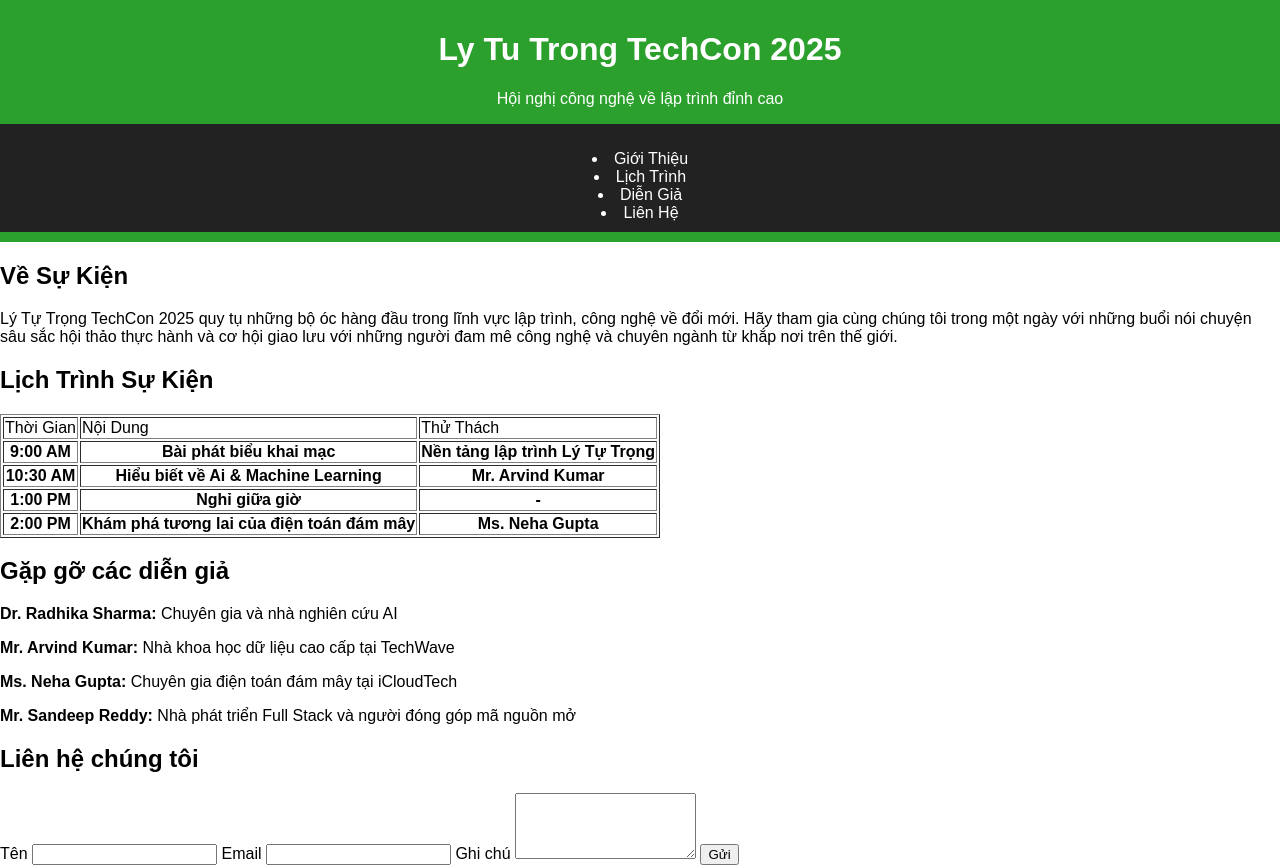
Repository: NhatMinh121/BaiTapVeNha1
Page: index.html
An editor plug-in stored every save of this project. The page is shown before and after a run of saves, followed by the edit.
The browser window is 1280 px wide. The pictures show the whole page.

Above is the page before, as saved 2025-03-28 22:47:08.

### index.html
<!DOCTYPE html>
<html lang="en">

<head>
    <meta charset="UTF-8">
    <meta name="viewport" content="width=device-width, initial-scale=1.0">
    <title>Lý Tự Trọng TechCon 2025</title>
    <link rel="stylesheet" href="style.css">
</head>

<body>
    <header>
        <h1>Ly Tu Trong TechCon 2025</h1>
        <p>Hội nghị công nghệ về lập trình đỉnh cao</p>
        <div class="menu">
            <nav>
                <ul>

                </ul>
                <li>Giới Thiệu</li>
                <li>Lịch Trình</li>
                <li>Diễn Giả</li>
                <li>Liên Hệ</li>
            </nav>
        </div>

    </header>
    <main>
        <div class="main-event">
            <h2>Về Sự Kiện</h2>
            <p>Lý Tự Trọng TechCon 2025 quy tụ những bộ óc hàng đầu trong lĩnh vực lập trình, công nghệ về đổi mới. Hãy tham gia cùng chúng tôi trong một ngày với những buổi nói chuyện sâu sắc hội thảo thực hành và cơ hội giao lưu với những người đam mê
                công nghệ và chuyên ngành từ khắp nơi trên thế giới.</p>
        </div>
        <div class="main-schedule">
            <h2>Lịch Trình Sự Kiện</h2>
            <table border="1">
                <tr>
                    <td>Thời Gian</td>
                    <td>Nội Dung</td>
                    <td>Thử Thách</td>
                </tr>
                <tr>
                    <th>9:00 AM</th>
                    <th>Bài phát biểu khai mạc</th>
                    <th>Nền tảng lập trình Lý Tự Trọng</th>
                </tr>
                <tr>
                    <th>10:30 AM</th>
                    <th>Hiểu biết về Ai & Machine Learning</th>
                    <th>Mr. Arvind Kumar</th>
                </tr>
                <tr>
                    <th>1:00 PM</th>
                    <th>Nghỉ giữa giờ</th>
                    <th>-</th>
                </tr>
                <tr>
                    <th>2:00 PM</th>
                    <th>Khám phá tương lai của điện toán đám mây</th>
                    <th>Ms. Neha Gupta</th>
                </tr>
            </table>
        </div>
        <div class="Meeting">
            <h2>Gặp gỡ các diễn giả</h2>
            <p><strong>Dr. Radhika Sharma:</strong> Chuyên gia và nhà nghiên cứu AI</p>
            <p><strong>Mr. Arvind Kumar:</strong> Nhà khoa học dữ liệu cao cấp tại TechWave</p>
            <p><strong>Ms. Neha Gupta:</strong> Chuyên gia điện toán đám mây tại iCloudTech</p>
            <p><strong>Mr. Sandeep Reddy:</strong> Nhà phát triển Full Stack và người đóng góp mã nguồn mở</p>
        </div>
    </main>

    <footer>
        <div class="footer-contract">
            <h2>Liên hệ chúng tôi</h2>
            <form action="#" method="post">
                <label for="name">Tên</label>
                <input type="text" id="name" name="name" required>
                <label for="email">Email</label>
                <input type="email" id="email" name="email" required>
                <label for="message">Ghi chú</label>
                <textarea id="message" name="message" rows="4" required></textarea>
                <button type="submit" value="Gửi">Gửi</button>
            </form>
        </div>

    </footer>

</body>

### style.css
body {
    margin: 0;
    padding: 0;
    box-sizing: border-box;
    font-family: Arial, sans-serif;
}

header {
    background-color: #2ca02c;
    color: white;
    padding: 10px 0;
    text-align: center;
}

.menu {
    background-color: #222;
    text-align: center;
    padding: 10px 0;
}

.menu.ul {
    list-style: none;
    display: inline-block;
    margin: 0 15px;
}

After the next 2 saves:
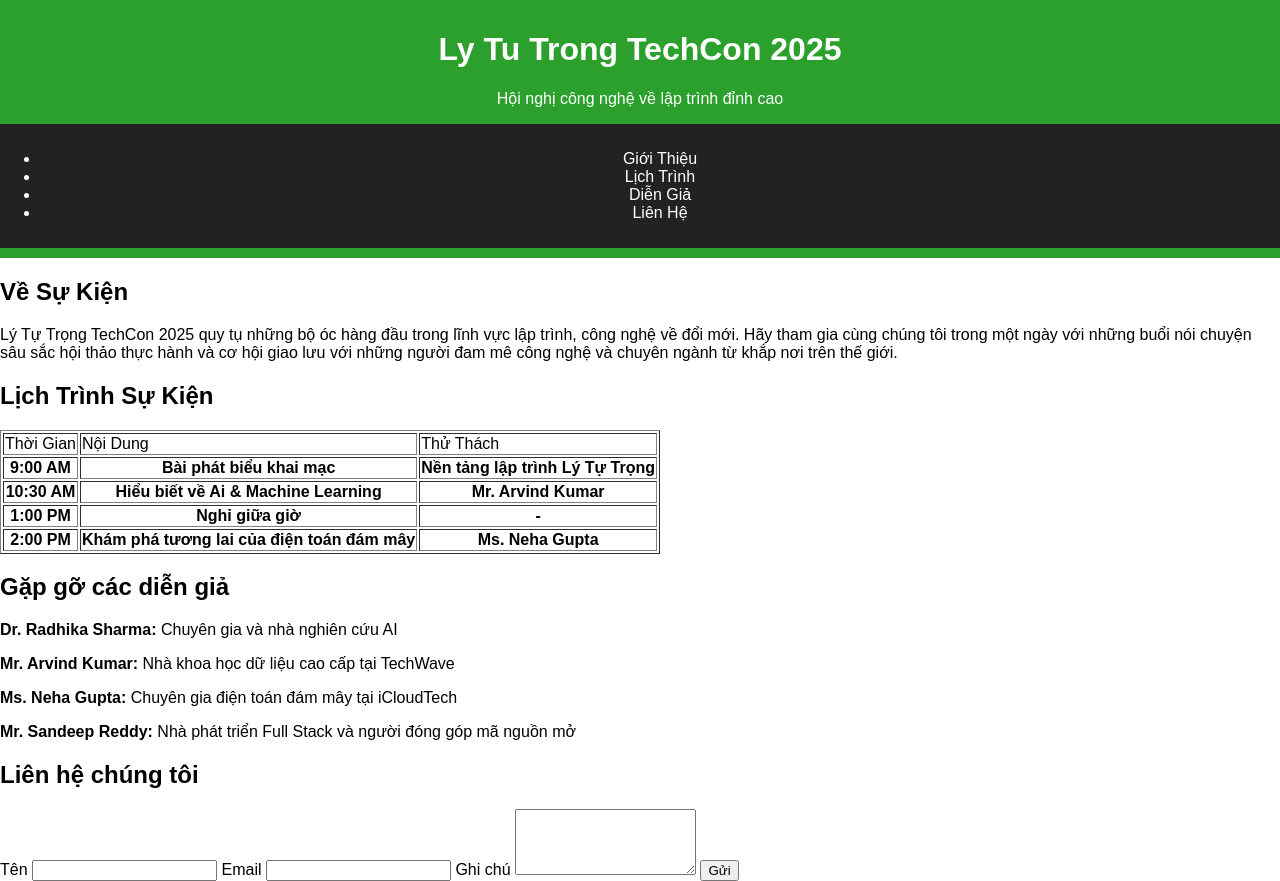
The 2 saves are shown as one change because they came seconds apart.
The last was saved 10 s later.
--- a/index.html
+++ b/index.html
@@ -15,12 +15,11 @@
         <div class="menu">
             <nav>
                 <ul>
-
+                    <li>Giới Thiệu</li>
+                    <li>Lịch Trình</li>
+                    <li>Diễn Giả</li>
+                    <li>Liên Hệ</li>
                 </ul>
-                <li>Giới Thiệu</li>
-                <li>Lịch Trình</li>
-                <li>Diễn Giả</li>
-                <li>Liên Hệ</li>
             </nav>
         </div>
 
